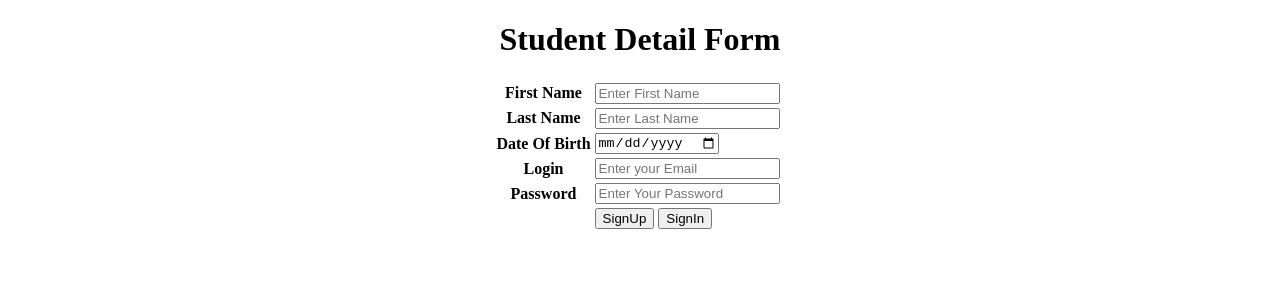
Repository: Abhi070717/Advance-Java
Page: http://localhost/jsp-servlet/UserForm.jsp
The author's editor kept a copy of each file at every save. The page is drawn from the files as they stood at one save, then again after the next save.
The browser window is 1280 px wide. The pictures show the whole page.
The page is served by Tomcat 9.

Above is the page before, as saved 2026-01-21 11:59:52.

After the next save:
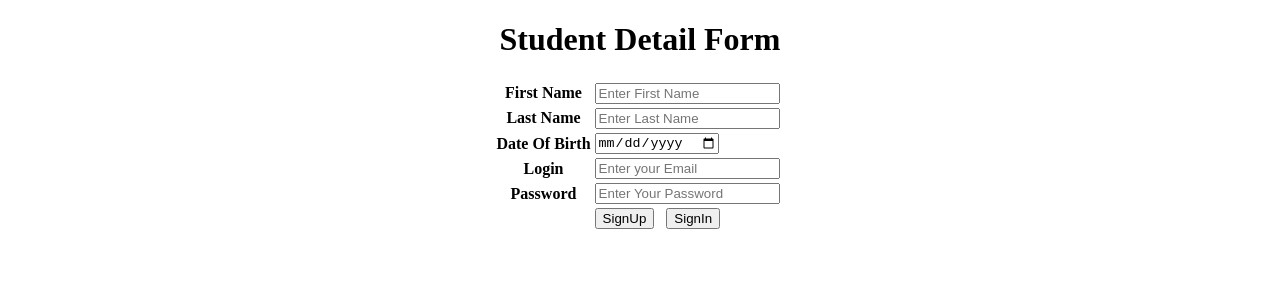
Saved 61 s later.
--- a/Jsp-servlet/jsp-servlet/WebContent/UserForm.jsp
+++ b/Jsp-servlet/jsp-servlet/WebContent/UserForm.jsp
@@ -39,7 +39,7 @@
 				</tr>
 				<tr>
 				<th></th>
-					<td><input type="Submit" name="operation" value="SignUp"> <input type="Submit" name="operation" value="SignIn"></td>
+					<td><input type="Submit" name="operation" value="SignUp"> &nbsp; <input type="Submit" name="operation" value="SignIn"></td>
 					<td></td>
 				</tr>
 			</table>
